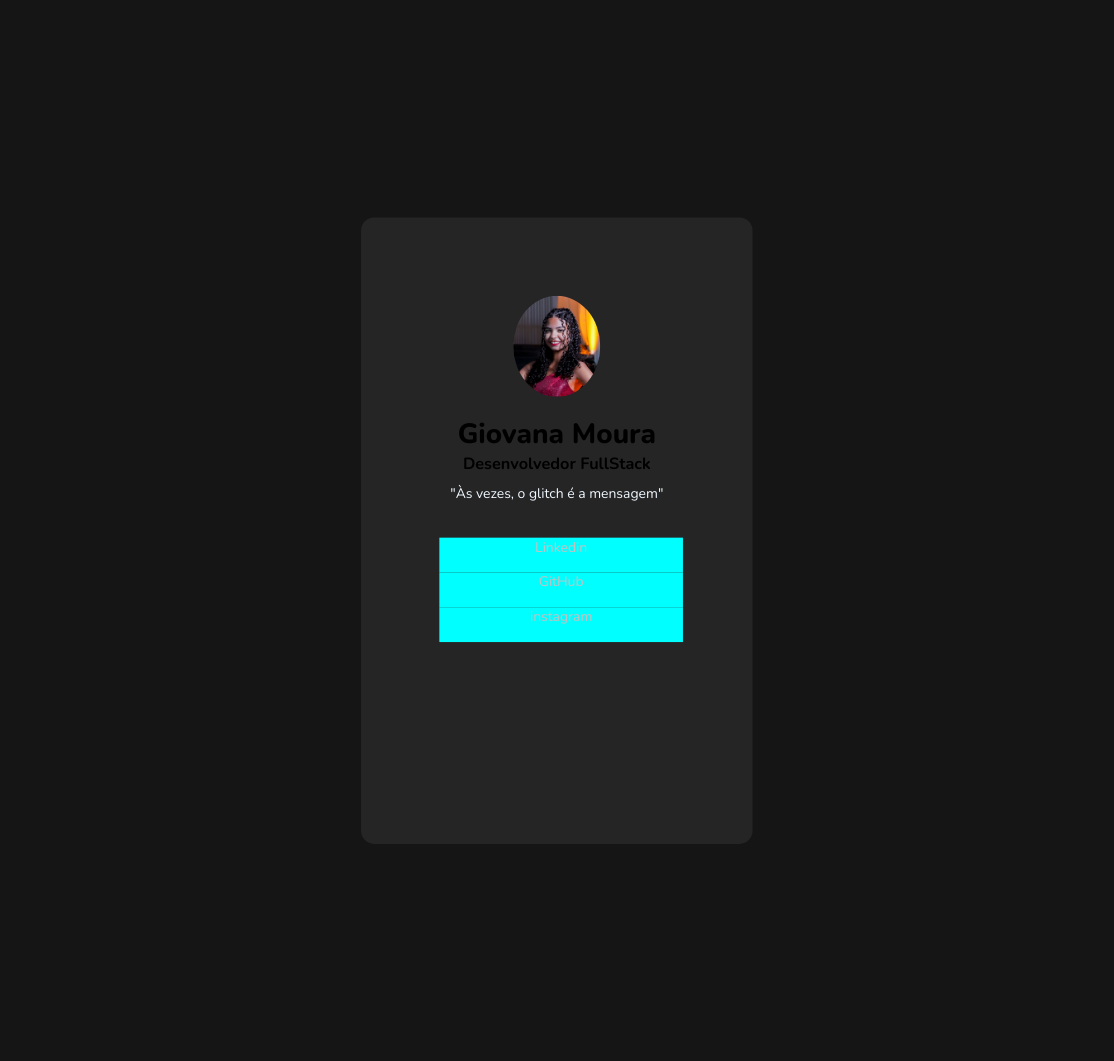
Repository: gimoli/linktree-giovana
Page: index.html
The author's editor kept a copy of each file at every save. The page is drawn from the files as they stood at one save, then again after the next save.
The browser window is 1280 px wide. The pictures show the whole page, at 87% of full size.

Above is the page before, as saved 2025-04-11 10:12:02.

After the next save:
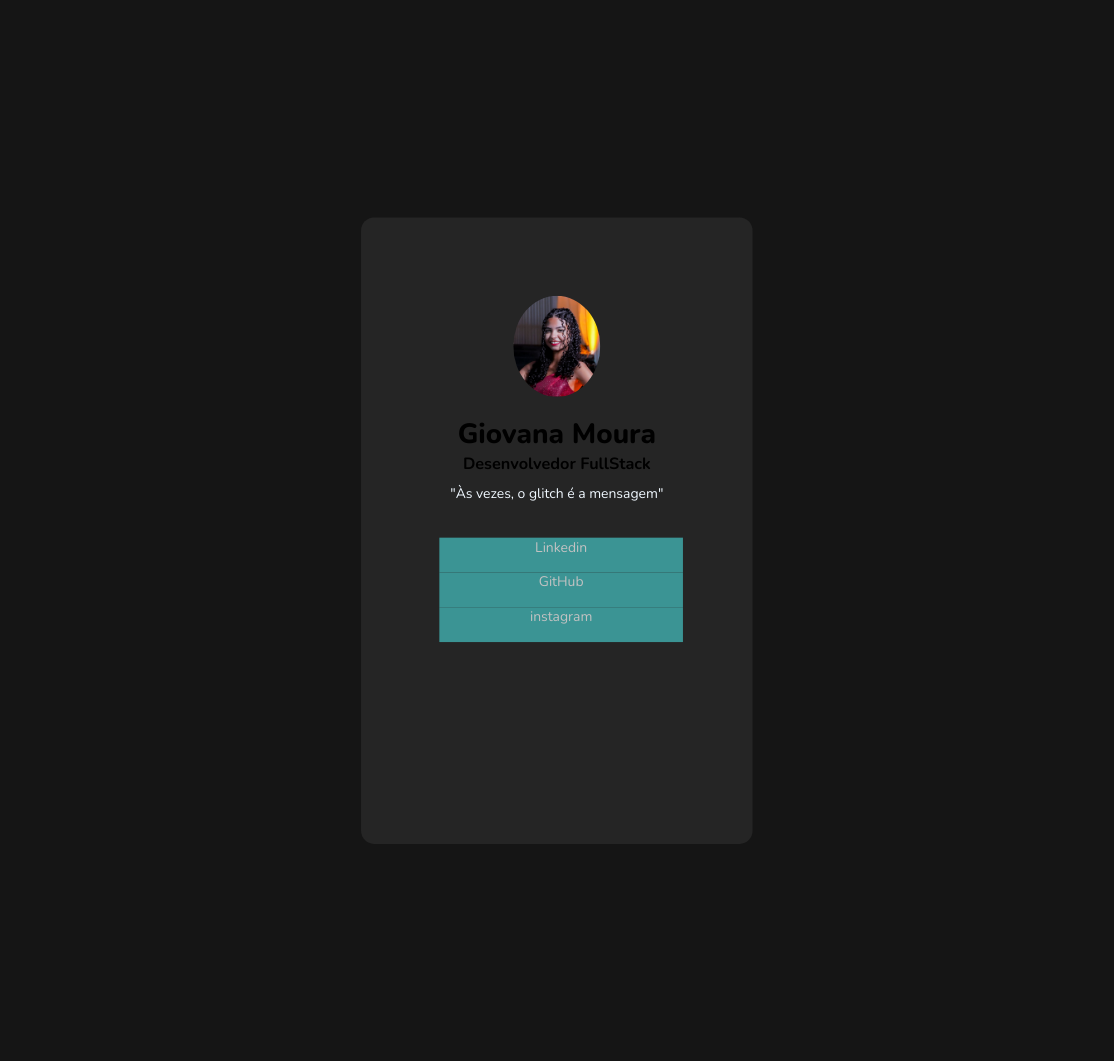
Saved 6 s later.
--- a/style.css
+++ b/style.css
@@ -64,6 +64,6 @@ body {
 .container-social li {
   width: 280px;
   height: 40px;
-  background-color: aqua;
+  background-color: rgb(59, 148, 148);
 
 }
